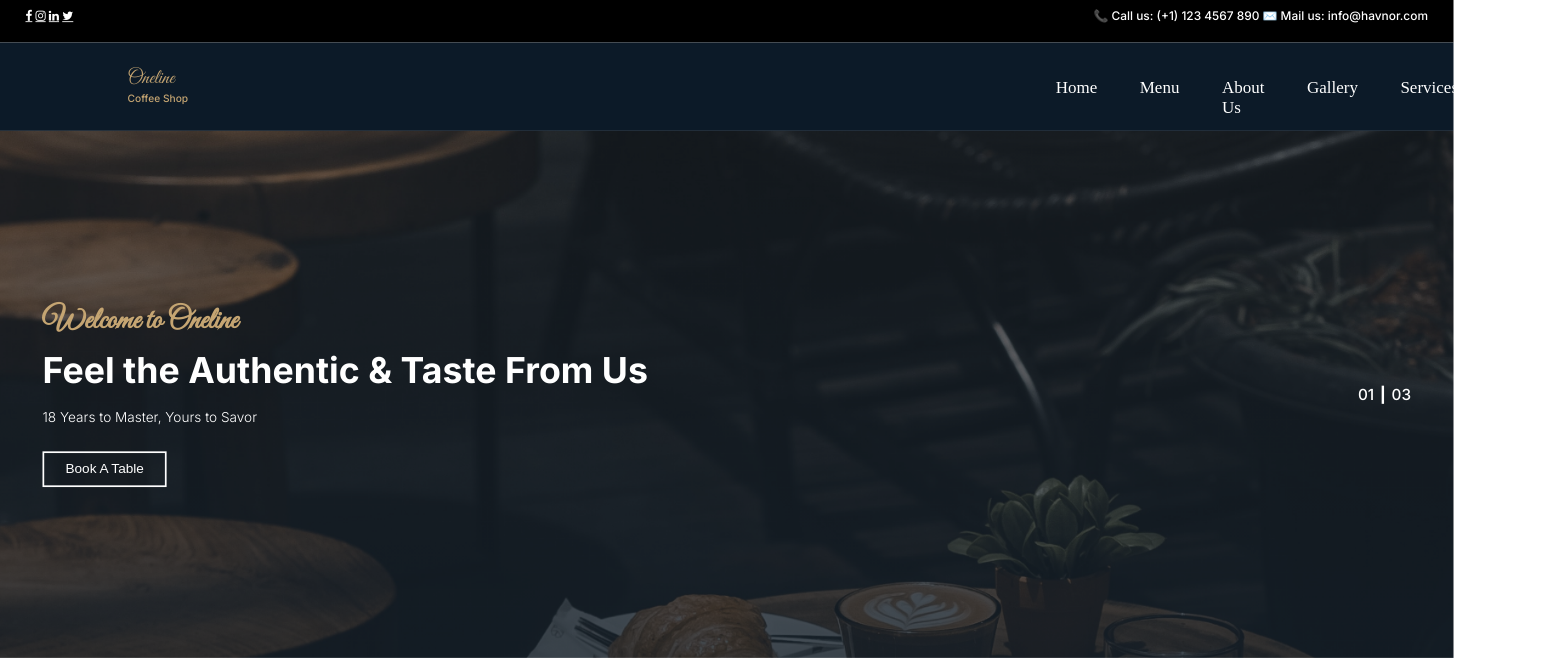
Repository: abhayzulasana/Online-Coffee-Shop
Page: index.html
These files come from the project's save history. The page is drawn as it stood at one moment and after the next save; the edit follows.
The browser window is 1280 px wide. The page is 1828 px wide, so the pictures cover 1828 px, including what lies to the right of the window. The pictures show the whole page, at 85% of full size.

Above is the page before, as saved 2025-05-13 17:01:59.

### index.html
<!DOCTYPE html>
<html lang="en">
<head>
  <meta charset="UTF-8" />
  <meta name="viewport" content="width=device-width, initial-scale=1.0" />
  <title>Oneline Coffee Shop</title>
  <link rel="stylesheet" href="style.css" />
  <link rel="stylesheet" href="https://cdnjs.cloudflare.com/ajax/libs/font-awesome/4.7.0/css/font-awesome.min.css">

  <link rel="preconnect" href="https://fonts.googleapis.com" />
  <link rel="preconnect" href="https://fonts.gstatic.com" crossorigin />
  <link href="https://fonts.googleapis.com/css2?family=Great+Vibes&family=Inter:wght@300;500;700&display=swap" rel="stylesheet">
</head>
<body>
  <header class="top-bar">
    <div class="social-icons">
      <a href="#" class="fa fa-facebook"></a>
      <a href="#" class="fa fa-instagram"></a>
      <a href="#" class="fa fa-linkedin"></a>
      <a href="#" class="fa fa-twitter"></a>

      <!-- <span>📘</span>
      <span>📸</span>
      <span>💼</span>
      <span>🐦</span> -->
    </div>
    <div class="contact-info">
      <span>📞 Call us: (+1) 123 4567 890</span>
      <span>✉️ Mail us: info@havnor.com</span>
    </div>
  </header>

  <nav class="navbar">
    <div class="logo">
      <!-- <span>☕</span> -->
      <span class="logo-text">Oneline <small>Coffee Shop</small></span>
    </div>
    <ul class="nav-links">
      <li>Home</li>
      <li>Menu</li>
      <li>About Us</li>
      <li>Gallery</li>
      <li>Services</li>
      <li>Contact Us</li>
    </ul>
  </nav>

  <section class="hero">
    <div class="hero-content" >

      <h2>Welcome to Oneline</h2>
      <h1>Feel the Authentic & Taste From Us</h1>
      <!-- <div class="divider">☕</div> -->
      <p>18 Years to Master, Yours to Savor</p>
      <button>Book A Table</button>
    </div>
    <div class="scroll-number">
      <span>01</span>
      <span>┃</span>
      <span>03</span>
    </div>
  </section>
</body>
</html>

### style.css
/* Reset & Base */
* {
    margin: 0;
    padding: 0px;
    box-sizing: border-box;
  }

  body {
    font-family: 'Inter', sans-serif;
    color: white;
    height: 100vh;
  }

  /* Top Bar */
  .top-bar {
    top: 0px;
    left: 0px;
    width: 1710px;
    height: 50px;
    background-color: #000;
    color: white;
    display: flex;
    justify-content: space-between;
    padding: 10px 30px;
    font-size: 14px;
  }

  .social-icons a {
    /* margin-right: 10px; */
    color: white;
    /* margin-left: 0px; */
    gap: 100px;
  }
  .contact-info{
    .contact-info {
      display: flex;
      gap: 20px;
      margin-right: 10px;

      align-items: center;
    }

  }
  /* Navbar */
  .navbar {
    top: 47px;
    left: 0px;
    width: 1710px;
    height: 104px;
    background-color: #0c1a28;
    display: flex;
    justify-content: space-between;
    align-items: center;
    padding: 15px 50px;
  }

  .logo {
    display: flex;
    align-items: center;
    font-size: 24px;
  }

  .logo-text {
    top: 81px;
    width: 92px;
    height: 48px;
    color: #C5A572;
    font-family: 'Great Vibes', cursive;
    margin-left: 100px;
    font-size: 24px;
  }

  .logo-text small {
    display: block;
    font-size: 12px;
    font-family: 'Inter', sans-serif;
  }

  .nav-links {
    margin-left: 1000px;

    top: 88px;
height: 24px;
    list-style: none;
    display: flex;
    gap: 50px;
    /* text-align: left; */
font: normal normal normal 20px/24px Montserrat;
letter-spacing: 0px;
color: #FFFFFF;
opacity: 1;
  }

  .nav-links li {
    cursor: pointer;
  }

  /* Hero Section */
  .hero {
    top: 151px;
left: 0px;
width: 1710px;
height: 500px;
    display: flex;
    justify-content: space-between;
    align-items: center;
    height: calc(100vh - 100px);
    padding: 0 50px;
    background: url('img/bgcafe.png')  }

  .hero-content {
    max-width: 50%;
  }

  .hero-content h2 {
    font-family: 'Great Vibes', cursive;
    font-size: 36px;
    color: #C5A572;
    margin-bottom: 10px;

  }

  .hero-content h1 {
    font-size: 42px;
    margin-bottom: 20px;
  }

  .divider {
    font-size: 20px;
    color: #d4af37;
    margin-bottom: 10px;
  }

  .hero-content p {
    margin-bottom: 30px;
    font-weight: 300;
  }

  .hero-content button {
    padding: 10px 25px;
    font-size: 16px;
    background-color: transparent;
    border: 2px solid white;
    color: white;
    cursor: pointer;
    transition: 0.3s;
  }

  .hero-content button:hover {
    background-color: white;
    color: #000;
  }

  .scroll-number {
    text-align: center;
    font-size: 18px;
    line-height: 1.8;
  }

After the next save:
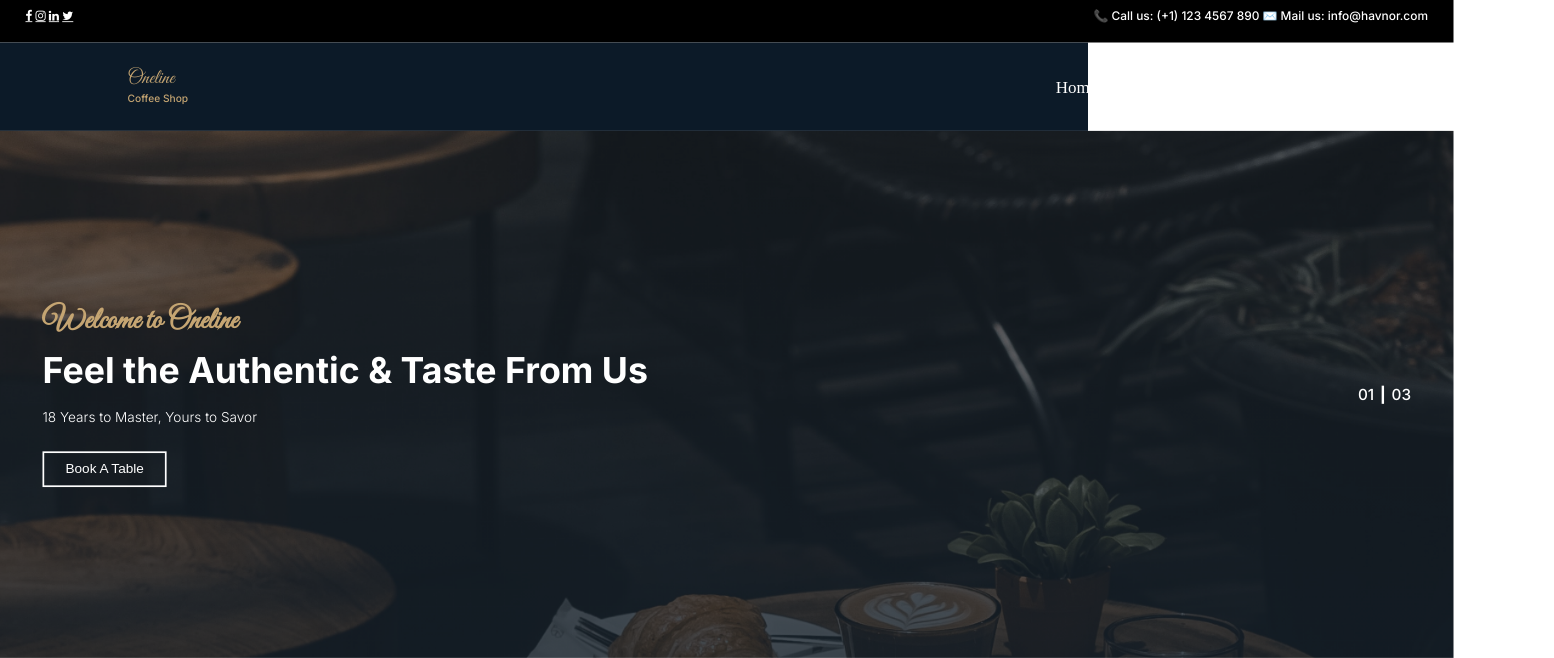
Saved 22 s later.
--- a/style.css
+++ b/style.css
@@ -45,7 +45,7 @@
   .navbar {
     top: 47px;
     left: 0px;
-    width: 1710px;
+    /* width: 1710px; */
     height: 104px;
     background-color: #0c1a28;
     display: flex;

After the save that followed:
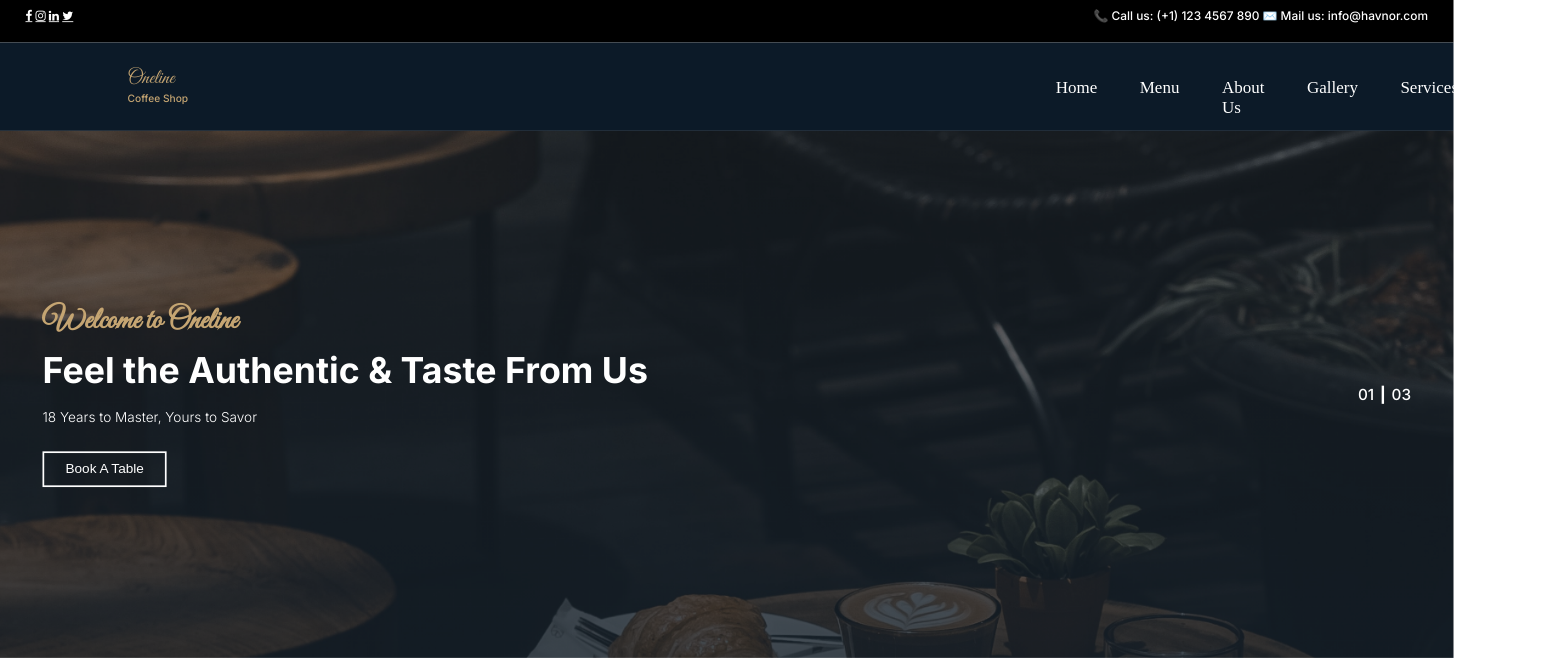
Saved 13 s later.
--- a/style.css
+++ b/style.css
@@ -45,7 +45,7 @@
   .navbar {
     top: 47px;
     left: 0px;
-    /* width: 1710px; */
+    width: 1710px;
     height: 104px;
     background-color: #0c1a28;
     display: flex;
